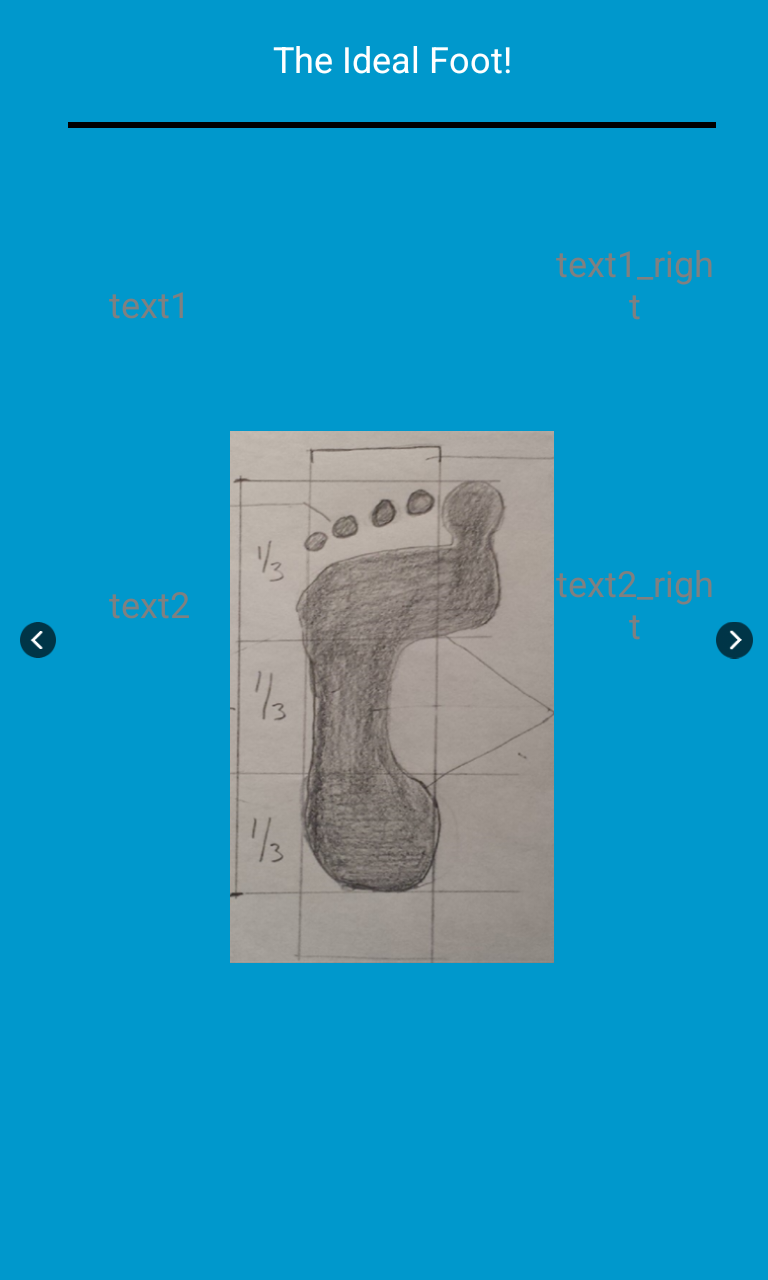
Repository: nanoweb12/GoodFeetAppNew
Layout: GoodFeetapp/res/layout/ideal_foot.xml
The author's editor kept a copy of each file at every save. The layout is drawn from the files as they stood at one save, then again after the next save.
It is drawn on a 768 x 1280 px phone screen (xhdpi) without system bars, with theme MyTheme; the app's code is not run.

Above is the layout before, as saved 2015-02-20 12:09:16.

### GoodFeetapp/res/layout/ideal_foot.xml
<?xml version="1.0" encoding="utf-8"?>
<LinearLayout xmlns:android="http://schemas.android.com/apk/res/android"
    android:layout_width="match_parent"
    android:layout_height="match_parent"

    android:background="#0098cc"
    android:orientation="horizontal"
    android:weightSum="100" >

    <ImageView
        android:id="@+id/back"
        android:layout_width="0dp"
        android:layout_marginLeft="10dp"
           android:layout_marginRight="6dp"
        android:layout_height="match_parent"
        android:layout_weight="5"
        android:src="@drawable/left_arrow" />

    <LinearLayout
        android:layout_width="0dp"
        android:layout_height="match_parent"
        android:layout_weight="88"
        android:orientation="vertical"
        android:weightSum="100" >

        <TextView
            android:layout_width="match_parent"
            android:layout_height="0dp"
            android:layout_weight="9.5"
            android:gravity="center"
            android:textSize="18sp"
            android:textColor="#ffffff"
            android:text="The Ideal Foot!" />
   <View
            android:layout_width="match_parent"
            android:layout_height="0dp"
            android:layout_marginTop="2dp"
            android:layout_weight="0.5"
            android:gravity="center"
           android:background="#000000"
            />

        <LinearLayout
            android:layout_width="match_parent"
            android:layout_height="0dp"
            android:layout_weight="90"
            android:layout_marginTop="3dp"
             android:layout_marginBottom="10dp"
            android:orientation="horizontal"
            android:weightSum="100" >

            <LinearLayout
                android:layout_width="0dp"
                android:layout_height="match_parent"
                android:layout_weight="25"
                android:orientation="vertical" >

                <TextView
                    android:id="@+id/text1_left"
                    android:layout_width="match_parent"
                    android:layout_height="150dp"
                    android:gravity="center"
                    android:textSize="18sp"
                    android:layout_marginTop="10dp"
                    android:hint="text1" />

                <TextView
                    android:id="@+id/text2_left"
                    android:layout_width="match_parent"
                    android:layout_height="150dp"
                    android:gravity="center"
                      android:textSize="18sp"
                    android:hint="text2" />
            </LinearLayout>

            <ImageView
                android:layout_width="0dp"
                android:layout_height="match_parent"
                android:layout_weight="50"
                android:scaleType="fitCenter"
                android:src="@drawable/foot" />

            <LinearLayout
                android:layout_width="0dp"
                android:layout_height="match_parent"
                android:layout_weight="25"
                android:orientation="vertical" >

                <TextView
                    android:id="@+id/text1_right"
                    android:layout_width="match_parent"
                    android:layout_height="150dp"
                    android:gravity="center"
                      android:textSize="18sp"
                    android:hint="text1_right" />

                <TextView
                     android:id="@+id/text2_right"
                    android:layout_width="match_parent"
                    android:layout_height="150dp"
                    android:layout_marginTop="10dp"
                    android:gravity="center"
                      android:textSize="18sp"
                    android:hint="text2_right" />
            </LinearLayout>
        </LinearLayout>
    </LinearLayout>

    <ImageView
        android:id="@+id/next"
        android:layout_width="0dp"

        android:layout_height="match_parent"
        android:layout_weight="5"
        android:src="@drawable/right_arrow" />

</LinearLayout>

### GoodFeetapp/res/values-v11/styles.xml
<resources>
    <style name="MyTheme" parent="@android:style/Theme.Holo.Light">

    </style>

    <style name="MyActionBar" parent="@android:style/Widget.Holo.Light.ActionBar">
    <item name="android:actionBarSize">70dip</item>
         <item name="android:background">#D3D3D3</item>
    </style>
</resources>

### GoodFeetapp/res/values-v14/styles.xml
<!-- <resources>
    the theme applied to the application or activity
    <style name="CustomActionBarTheme"
           parent="@android:style/Theme.Holo.Light.DarkActionBar">

    </style>

    ActionBar styles
    <style name="MyActionBar"
           parent="@android:style/Widget.Holo.Light.ActionBar.Solid.Inverse">
       <item name="android:actionBarSize">70dip</item>
         <item name="android:background">#D3D3D3</item>

    </style>
</resources> -->

<resources>
    <style name="MyTheme" parent="@android:style/Theme.Holo.Light">

    </style>

    <style name="MyActionBar" parent="@android:style/Widget.Holo.Light.ActionBar">
    <item name="android:actionBarSize">100dip</item>
         <item name="android:background">#D3D3D3</item>
    </style>
</resources>

### GoodFeetapp/res/values/styles.xml
<resources>
    <style name="MyTheme" parent="@android:style/Theme.Holo.Light">

    </style>

    <style name="MyActionBar" parent="@android:style/Widget.Holo.Light.ActionBar">
    <item name="android:actionBarSize">70dip</item>
         <item name="android:background">#D3D3D3</item>
    </style>
</resources>

After the next save:
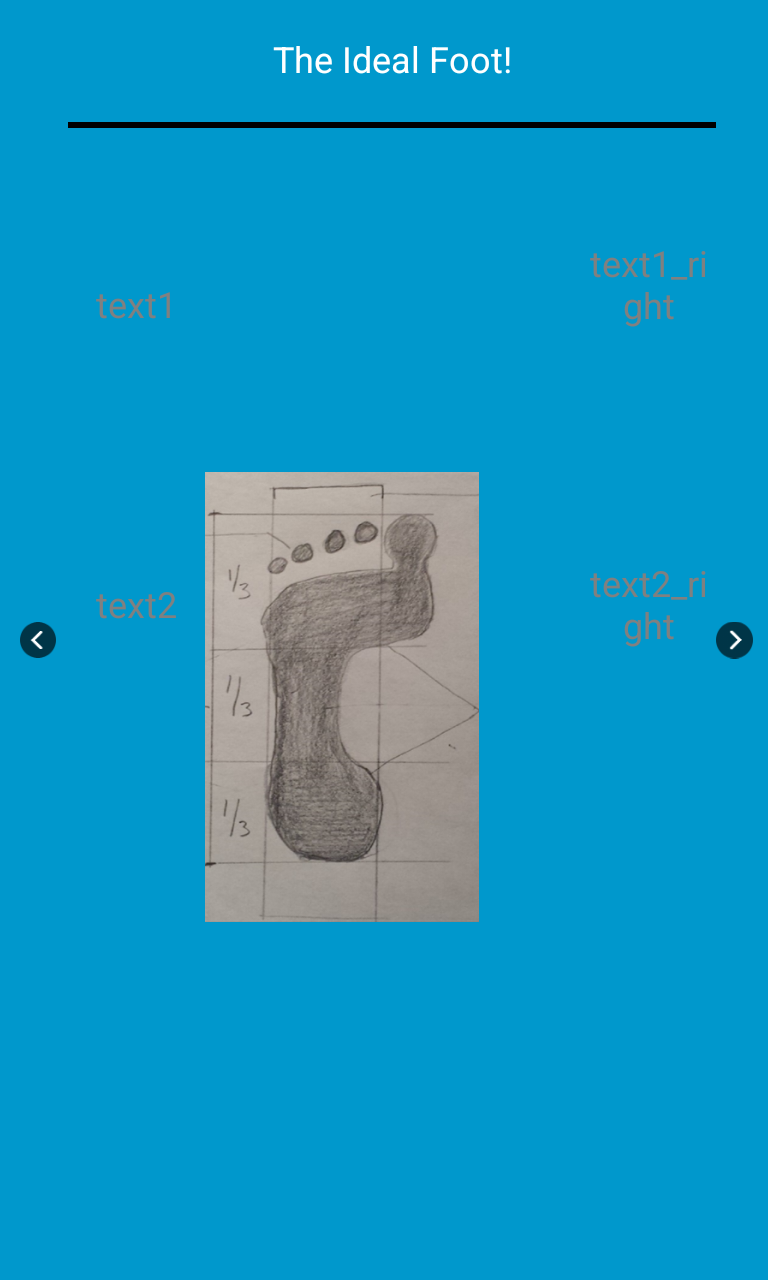
Saved 7 min 3 s later.
--- a/GoodFeetapp/res/layout/ideal_foot.xml
+++ b/GoodFeetapp/res/layout/ideal_foot.xml
@@ -74,11 +74,24 @@
             </LinearLayout>
 
             <ImageView
+                android:id="@+id/foot"
                 android:layout_width="0dp"
                 android:layout_height="match_parent"
                 android:layout_weight="50"
                 android:scaleType="fitCenter"
                 android:src="@drawable/foot" />
+
+
+              <View
+                  android:layout_marginRight="@+id/f"
+            	android:layout_width="50dp"
+            	android:layout_height="0dp"
+            	android:layout_marginTop="2dp"
+            	android:layout_weight="0.5"
+            	android:gravity="center"
+           		android:background="#000000"
+            />
+
 
             <LinearLayout
                 android:layout_width="0dp"
